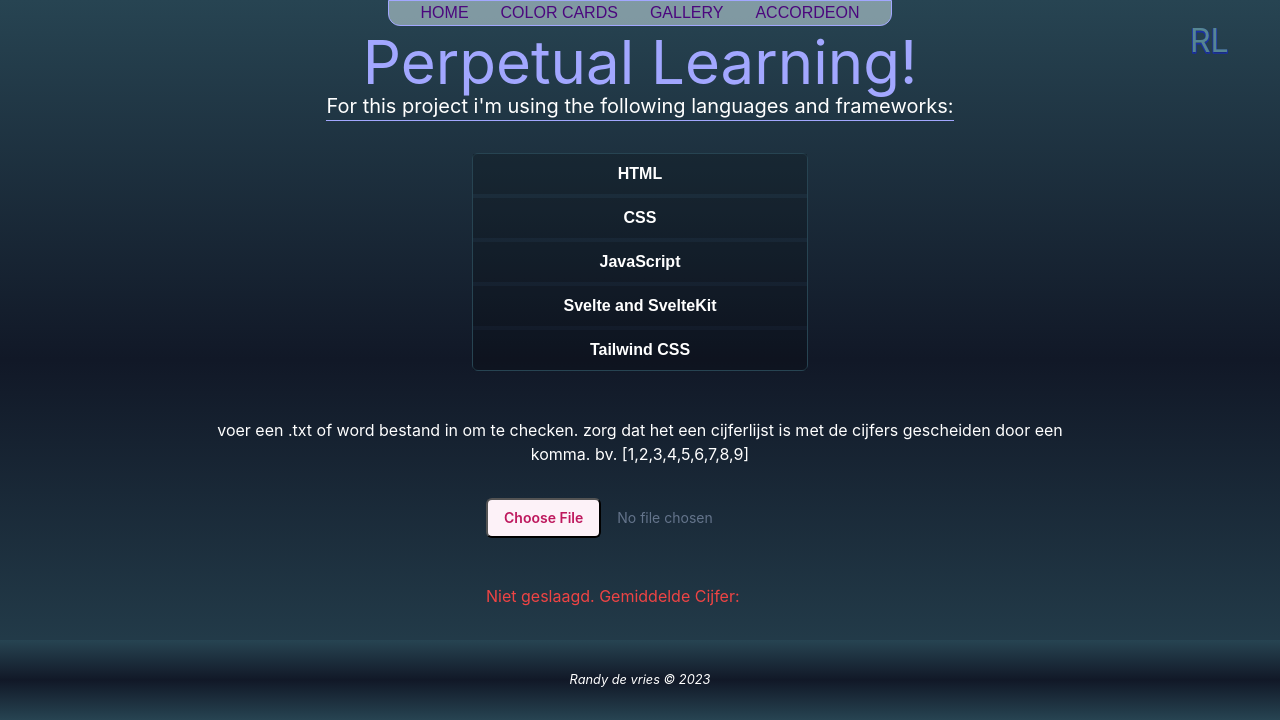
Repository: Freezler/svelte-app
Page: /links
An editor plug-in stored every save of this project. The page is shown before and after a run of saves, followed by the edit.
The browser window is 1280 px wide. The pictures show the whole page.
The project was rebuilt for these pictures with package versions that can differ from the ones it lists, and the page was loaded fresh each time. The framework's server and built-in components were replaced by stand-ins that run in the browser. Also part of the build but not shown: svelte.config.js, vite.config.js.

Above is the page before, as saved 2023-11-12 11:59:22.

### src/app.html
<!DOCTYPE html>
<html lang="en">
	<head>
		<meta charset="utf-8" />
		<link rel="icon" href="%sveltekit.assets%/favicon.png" />
		<meta name="viewport" content="width=device-width" />
		%sveltekit.head%
		<title>SvelteKitProject</title>
	</head>
	<body data-sveltekit-preload-data="hover">
		<div style="display: contents">%sveltekit.body%</div>
	</body>
</html>

### src/routes/+layout.svelte
<script>
  import '../app.css';
  import Navbar from '../components/Navbar.svelte';
  import Footer from '../components/Footer.svelte';
</script>

<html lang="en" class="select-none scroll-smooth">
  <head>
    <!-- Add any necessary head content here -->
  </head>
  <body class=" flex flex-col h-full overflow-scroll">
    <Navbar />
    <main>
      <slot />
    </main>
    <Footer />
  </body>
</html>

### src/routes/links/+page.svelte
<script>
	import { onDestroy, onMount } from 'svelte';
	onMount(() => console.log('Mounted Links page'));
	onDestroy(() => console.log('Unmounted Links page'));
	import CijferlijstInput from '../../components/CijferlijstInput.svelte';
	import Accordion from '../../components/Accordion.svelte';

</script>

<main
	class=" z-100 flex h-screen scroll-smooth justify-center items-center w-screen flex-col bg-gradient-to-b from-astral-900 via-gray-900 to-astral-900 overflow-scroll pb-24"
>
<div class="flex flex-col w-[100%] items-center justify-center font-sans h-screen ">
	<h1 class="animate-slow-slide-down text-3xl sm:text-5xl md:text-6xl xl:8xl text-purpleone-300  ">Perpetual Learning!</h1>
	<p class="animate-slow-slide-up text-xs sm:text-[16px] md:text-xl xl:2xl text-white border-b-[1px]  border-purpleone-300 text-purpleone600">For this project i'm using the following languages and frameworks:</p>
	<Accordion />
</div>
<div class="flex flex-col w-[100%] items-center justify-center"></div>
		<CijferlijstInput />
</main>

### src/app.css
@import 'tailwindcss/base';
@import 'tailwindcss/components';
@import 'tailwindcss/utilities';

/* Your custom CSS goes here */
body {
	scroll-behavior: smooth;
}

body * {
	-moz-scrollbar-width: none;
	scrollbar-width: none;
	-ms-overflow-style: none;
}

### src/components/Navbar.svelte
<script>
	let showNav = false;

	const toggleNav = () => {
		showNav = !showNav;
		const body = document.body;

		if (showNav) {
			body.classList.add('overflow-hidden');
		} else {
			body.classList.remove('overflow-hidden');
		}
	};
</script>

<nav
	class=" fixed bottom-0 z-40 flex h-20 w-[100%] select-none items-center justify-between text-center antialiased focus:select-none md:right-0 md:top-0 md:justify-center"
>
	<a href="/" class="ml-3 flex h-16 select-none items-center focus:select-none "
		><svg
			class="flex h-20 animate-pulse md:right-0 md:absolute"
			version="1.1"
			xmlns="http://www.w3.org/2000/svg"
			width="100"
			height="100"
			viewBox="0 0 100 100"
		>
			<!-- Outline -->
			<text
				class="select-none focus:select-none shadow-xl animate-slow-slide-down "
				x="0"
				y="66"
				font-size="40"
				fill="red3"
				stroke="#12ff"
				stroke-width="2"
				stroke-linejoin="round">RL</text
			>
			<!-- Text -->
			<text class="animate-slow-slide-in" x="0" y="65" font-size="40" fill="#87ccd9">RL</text>
		</svg></a
	>

	<!-- Hamburger voorS  mobile/kleine schermen -->
	<button
		class=" mr-8 select-none text-white focus:select-none active:select-none md:hidden"
		on:click={toggleNav}
	>
		<div class="relative flex h-6 w-6 items-center">
			<span
				class={' absolute block h-[2px] w-5 origin-center bg-blueone-50 transition-transform'}
				class:rotate-45={showNav}
				class:top-2={!showNav}
			></span>
			<span
				class={'z-2000 absolute block h-[2px] w-5 origin-center bg-white blur-none transition-transform'}
				class:-rotate-45={showNav}
				class:bottom-2={!showNav}
			></span>
			<span
				class={'z-2000 absolute block h-[2px] w-5 origin-center bg-white blur-none transition-transform'}
				class:-rotate-45={showNav}
				class:bottom-2={!showNav}
			></span>
		</div>
	</button>

	<div
		class={`absolute top-0 z-50	hidden  -[80px] select-none rounded-b-xl text-purplethree-950  font-display uppercase  items-center justify-center gap-8 px-8 border-[1px] border-purpleone-300   bg-astral-100 bg-opacity-50  bg-cover bg-center    md:flex ${
			showNav ? 'hidden' : 'block'
		}`}
	>
	    <a href="/" class="hover:text-cyan-200 hover:bg-slate-500 ">Home</a>
		<a href="/blogs" class="hover:text-cyan-200 hover:bg-slate-500  ">Color Cards</a>
		<a href="/about" class="hover:text-cyan-200 hover:bg-slate-500">Gallery</a>
		<a href="/links" class="hover:text-cyan-200 hover:bg-slate-500">Accordeon</a>
	</div>
</nav>

<!-- Conditional Mobile Menu Overlay -->
{#if showNav}
	<div
		class=" fixed inset-0 z-50 flex animate-slow-fade-in select-none items-center justify-center bg-gray-800 bg-opacity-40 backdrop-blur-[2px]"
		on:click={toggleNav}
		on:keypress={toggleNav}
		role="button"
		tabindex="0"
	>
		<div
			class="absulute flex select-none flex-col items-center text-2xl text-gray-200 opacity-100 transition-opacity duration-100 ease-in-out"
		>
			<a href="/" tabindex="0" class="text-cyan-200"
				><svg xmlns="http://www.w3.org/2000/svg" width="80" height="80" viewBox="0 0 80 80">
					<!-- Outline -->
					<text
						x="16"
						y="50"
						font-family="Inter"
						font-size="40"
						fill="cyan"
						stroke="#dfe2ff"
						stroke-width="6"
						stroke-linejoin="round">RL</text
					>
					<!-- Text -->
					<text x="16" y="50" font-family="Inter" font-size="40" fill="indigo">RL</text>
				</svg>
				<hr class="mb-6 w-full border-bluetwo-400" /></a
			>
			<a href="/projects" tabindex="0" class="text-[#b910377e]">under construction..</a>
			<a href="/blogs" tabindex="0" class="text-[#dfe2ff]">Color Cards</a>
			<a href="/about" tabindex="0" class="text-[#dfe2ff]">Gallery</a>
			<a href="/links" tabindex="0" class="text-[#dfe2ff]">Accordeon</a>
		</div>
	</div>
{/if}

### src/components/Footer.svelte
<script>
</script>

<div class="bg-opacity-70 bg-gradient-to-b from-astral-900 via-gray-900 to-astral-900 bg-cover bg-center bg-no-repeat bg-blone-300  fixed w-screen bottom-0 h-20 flex items-center p-0 m-0">
  <div class="flex w-full items-center justify-around">
	<!-- GitHub icon -->
	<small class="text-white italic">Randy de vries &copy; {new Date().getFullYear()}</small>
  </div>
</div>

### src/components/CijferlijstInput.svelte
<!-- FileInput.svelte -->
<script>
  import { onMount } from 'svelte';

  export let fileContent = '';
  export let isSuccess = false;
  let gemiddeldeCijfer = '';

  function handleFileInput(event) {
	const file = event.target.files[0];

	if (file) {
	  const reader = new FileReader();

	  reader.onload = function (e) {
		const content = e.target.result;
		if (content.trim() !== '') {
		  fileContent = content;
		  isSuccess = true;
		  gemiddeldeCijfer = calculateGemiddeldeCijfer(fileContent);
		}
	  };

	  reader.readAsText(file);
	}
  }

  function calculateGemiddeldeCijfer(content) {
	const cijfers = content.split('\n').filter(line => line.trim() !== '').map(Number);
	const totaal = cijfers.reduce((acc, curr) => acc + curr, 0);
	return totaal / cijfers.length;
  }
</script>
<div class="text-center text-white -translate-y-4 w-[70%]"><h3>voer een .txt of word bestand in om te checken.
	zorg dat het een cijferlijst is met de cijfers gescheiden door een komma. bv. [1,2,3,4,5,6,7,8,9]
</h3></div>
<div class="p-4 min-w-[340px]">
  <input

	type="file"
	accept=".txt, .doc, .docx"
	on:change={handleFileInput}
	class="block w-full text-sm text-slate-500 file:mr-4 file:py-2 file:px-4 file:rounded-md file:border-1 file:text-sm file:font-semibold file:bg-pink-50 file:text-pink-700 hover:file:bg-pink-100"
  />
  <textarea bind:value={fileContent} class="text-white h-[2rem] focus:outline-none resize-none w-full min-w-[fit-content] bg-transparent border-none select-none border-gray-300 rounded p-2"></textarea>

  {#if isSuccess}
	<h3 class="text-green-500 mt-2 mx-auto">Van harte gefeliciteerd, je bent geslaagd! Gemiddelde Cijfer: {gemiddeldeCijfer}</h3>
  {:else}
	<h3 class="text-red-500 mt-2 mx-auto">Niet geslaagd. Gemiddelde Cijfer: {gemiddeldeCijfer}</h3>
  {/if}
</div>

### src/components/Accordion.svelte
<script>
	let panels = [
		{
			title: 'HTML',
			content:
				'HTML is the standard markup language for documents designed to be displayed in a web browser.'
		},
		{ title: 'CSS', content: 'CSS is used to define styles for your web pages' },
		{
			title: 'JavaScript',
			content: 'JavaScript is used to add interactivity to your web pages'
		},
		{
			title: 'Svelte and SvelteKit',
			content: 'Svelte and SvelteKit are both JavaScript frameworks'
		},
		{ title: 'Tailwind CSS', content: 'Tailwind CSS is a utility-first CSS framework' }
	];

	let expandedPanel = null;

	function togglePanel(panel) {
		if (expandedPanel === panel) {
			expandedPanel = null;
		} else {
			expandedPanel = panel;
		}
	}
</script>

<div class="bg-transparent animate-slow-slide-up z-60 wrapper max-w-[400px] mx-auto mt-[0] w-[80%] text-center rounded-sm p-8">
	<div class="flex flex-col space-y-1  rounded-md border-[1px] border-astral-900">
		{#each panels as panel}
			<!-- svelte-ignore a11y-no-static-element-interactions -->
			<div
				class="relative isolate animate-fast-fade-in overflow-hidden"
				on:click={() => togglePanel(panel)}
				on:keydown={() => togglePanel(panel)}
				aria-roledescription="accordion"
			>
				<div class="" aria-expanded={panel === expandedPanel}>
					<!-- svelte-ignore empty-block -->
					{#if panel === expandedPanel}{/if}
					<div
						class="relative isolate grid place-items-center bg-[rgba(0,0,0,0.2)] p-2 font-display font-bold text-white"
					>
						{panel.title}
					</div>
				</div>
				{#if expandedPanel === panel}
					<div
						class="max-w-[100%] z-20 animate-slow-fade-in bg-astral-900 bg-opacity-70 px-6 py-0"
					>
						<svg
							xmlns="http://www.w3.org/2000/svg"
							class="icon icon-tabler icon-tabler-chevron-up mx-auto animate-pulse"
							width="24"
							height="24"
							viewBox="0 0 24 24"
							stroke-width="1.5"
							stroke="white"
							fill="rgba(39, 68, 82, 100%)"
							stroke-linecap="round"
							stroke-linejoin="round"
						>
							<path stroke="none" d="M0 0h24v24H0z" fill="transparent" />
							<polyline points="6 15 12 9 18 15" />
						</svg>
						<p class="text-white pb-3">
							{panel.content}
						</p>
					</div>
				{/if}
			</div>
		{/each}
	</div>
</div>

### tailwind.config.js
/** @type {import('tailwindcss').Config} */
const plugin = require('tailwindcss/plugin');
export default {
	content: ['./src/**/*.{html,js,svelte,ts}'],
	theme: {
		extend: {

			animation: {
				btnPulse: ' btnPulse 1s infinite',
				'spin-slow': 'spin 3s linear infinite',
				'spin-fast': 'spin 1s linear infinite',
				'slow-fade-in': 'fade-in 0.7s ease-in-out',
				'fast-fade-in': 'fade-in 0.5s ease-in-out',
				'slow-fade-out': 'fade-out 0.5s ease-in-out',
				'fast-fade-out': 'fade-out 0.7s ease-in-out',
				'slow-slide-in': 'slide-in 0.6s ease-in-out',
				'fast-slide-in': 'slide-in 3s ease-in-out',
				'slow-slide-up': 'slide-up 0.6s cubic-bezier(0.215, 0.61, 0.355, 1)',
				'slow-slide-out': 'slide-out 0.6s ease-in-out',
				'fast-slide-out': 'slide-out 0.3s ease-in-out',
				'ani-translate-y': 'translate-y 5s ease-in-out',
				'fast-slide-up': 'slide-up 0.5s cubic-bezier(0.215, 0.61, 0.355, 1)',
				'slow-slide-down': 'slide-down 0.6s cubic-bezier(0.215, 0.61, 0.355, 1)',
				'burger-smooth': 'burger-smooth 2s ease-in-out',
			    'wave': 'wave .9s ease-in-out',
			},
			keyframes: {
				'fade-in': {
					'0%': { opacity: '0' },
					'100%': { opacity: '1' }
				},
				'fade-out': {
					'0%': { opacity: '1' },
					'100%': { opacity: '0' }
				},
				'slide-in': {
					'0%': { transform: 'translateX(-240px)' },
					'100%': { transform: 'translateX(0)' }
				},
				'slide-out': {
					'0%': { transform: 'translateX(0)' },
					'100%': { transform: 'translateX(-100%)' }
				},
				'translate-y': {
					'0%': { transform: 'translateY(0)' },
					'100%': { transform: 'translateY(-100%)' }
				},
				wave: {
					'0%': { transform: 'rotate(0deg)' },
					'25%': { transform: 'rotate(45deg)' },
					'50%': { transform: 'rotate(35deg)' },
					'100%': { transform: 'rotate-45deg)' }
				},
				'slide-up': {
					'0%': { transform: 'translateY(240px)' },
					'100%': { transform: 'translateY(0)' }
				},
				'slide-down': {
					'0%': { transform: 'translateY(-400px)' },
					'100%': { transform: 'translateY(0px)' }
				},
				'btnPulse': {
					'0%': { transform: 'scale(1))' },
					'50%': { transform: 'scale(0.9)' },
					'100%': { transform: 'scale(1)' }
				}
			},

			fontFamily: {
				sans: ['Inter', 'Arial', 'Helvetica', 'sans-serif'],
				serif: ['Georgia', 'serif'],
				mono: ['Menlo', 'Monaco', 'Courier New', 'monospace'],
				display: ['Oswald', 'sans-serif'],
				handwriting: ['Pacifico', 'cursive']
			},
			colors: {
				blueone: {
					50: '#e6f5ff',
					100: '#d2ecff',
					200: '#aedaff',
					300: '#7dbfff',
					400: '#4b94ff',
					500: '#2268ff',
					600: '#003bff',
					700: '#003fff',
					800: '#0035d7',
					900: '#0830a7',
					950: '#072383'
				},
				bluetwo: {
					50: '#f3f6fb',
					100: '#e4e9f5',
					200: '#d0daed',
					300: '#afc2e1',
					400: '#89a2d1',
					500: '#6c85c5',
					600: '#596db7',
					700: '#4e5da7',
					800: '#454e8a',
					900: '#3b436d',
					950: '#272b44'
				},
				bluethree: {
					50: '#f2f6fc',
					100: '#e3ebf6',
					200: '#cdddf0',
					300: '#aac6e6',
					400: '#81a8d9',
					500: '#638cce',
					600: '#4f73c1',
					700: '#4561b0',
					800: '#3d5190',
					900: '#2c395f',
					950: '#242c47'
				},
				astral: {
					50: '#f0fafb',
					100: '#d9f0f4',
					200: '#b8e2e9',
					300: '#87ccd9',
					400: '#4fadc1',
					500: '#328ea3',
					600: '#2d768d',
					700: '#2b6173',
					800: '#2a5160',
					900: '#274452',
					950: '#152c37'
				},
				greenone: {
					50: '#f5ffe5',
					100: '#e6ffc7',
					200: '#cdff96',
					300: '#9ffc41',
					400: '#8bf328',
					500: '#6cd909',
					600: '#50ae02',
					700: '#3e8407',
					800: '#34680c',
					900: '#2c580f',
					950: '#143102'
				},
				greentwo: {
					50: '#f1fcf5',
					100: '#dff9e9',
					200: '#c0f2d4',
					300: '#8fe6b2',
					400: '#56d289',
					500: '#30b768',
					600: '#26aa5d',
					700: '#1e7743',
					800: '#1d5e39',
					900: '#194e31',
					950: '#082b19'
				},
				greenthree: {
					50: '#f2f7f4',
					100: '#dfece3',
					200: '#c1d9ca',
					300: '#98bda8',
					400: '#6b9c82',
					500: '#518a6e',
					600: '#37644f',
					700: '#2c5040',
					800: '#254035',
					900: '#1f352b',
					950: '#101e18'
				},
				roseone: {
					50: '#fef1fa',
					100: '#fde6f7',
					200: '#feccf1',
					300: '#fea3e4',
					400: '#fc6ad0',
					500: '#f74bbf',
					600: '#e61c9a',
					700: '#c90d7d',
					800: '#a60e66',
					900: '#8a1158',
					950: '#550232'
				},
				purpleone: {
					50: '#edf0ff',
					100: '#dfe2ff',
					200: '#c5caff',
					300: '#a2a7ff',
					400: '#7f7cfd',
					500: '#6d5ef6',
					600: '#5e40eb',
					700: '#5d41d3',
					800: '#412ca7',
					900: '#382b84',
					950: '#22194d'
				},
				purpletwo: {
					50: '#fcf3ff',
					100: '#fae7ff',
					200: '#f3ceff',
					300: '#eea7ff',
					400: '#e473ff',
					500: '#d12ef6',
					600: '#bc1edb',
					700: '#9f15b6',
					800: '#841494',
					900: '#6f1679',
					950: '#490151'
				},
				purplethree: {
					50: '#faf5ff',
					100: '#f3e8ff',
					200: '#ead4ff',
					300: '#d9b3ff',
					400: '#c282fe',
					500: '#aa53f9',
					600: '#9530ed',
					700: '#801fd1',
					800: '#6d1faa',
					900: '#591a89',
					950: '#4b077e'
				},
				rosetwo: {
					50: '#fef1f8',
					100: '#fee5f3',
					200: '#ffcae8',
					300: '#ff9fd4',
					400: '#ff64b5',
					500: '#fe1f8a',
					600: '#ef1372',
					700: '#d00657',
					800: '#ac0848',
					900: '#8f0c3f',
					950: '#580021'
				},
				redone: {
					50: '#fff0f0',
					100: '#ffdede',
					200: '#ffc2c2',
					300: '#ff9898',
					400: '#ff5d5d',
					500: '#ff2b2b',
					600: '#f70808',
					700: '#d00505',
					800: '#ac0808',
					900: '#8e0e0e',
					950: '#4e0101'
				},
				redtwo: {
					50: '#fcf4f4',
					100: '#fae6e6',
					200: '#f7d1d1',
					300: '#f0b1b1',
					400: '#e58484',
					500: '#d75c5c',
					600: '#be3c3c',
					700: '#a33232',
					800: '#872d2d',
					900: '#712b2b',
					950: '#3d1212'
				},
				greyone: {
					50: '#f6f6f6',
					100: '#e7e7e7',
					200: '#d1d1d1',
					300: '#b0b0b0',
					400: '#888888',
					500: '#6d6d6d',
					600: '#5d5d5d',
					700: '#4f4f4f',
					800: '#454545',
					900: '#3d3d3d',
					950: '#050505'
				},
				greytwo: {
					50: '#f4f5fa',
					100: '#e7e9f2',
					200: '#d4d7e9',
					300: '#b6bcda',
					400: '#939bc7',
					500: '#797fb8',
					600: '#6769a9',
					700: '#5c5b9a',
					800: '#504e7f',
					900: '#444266',
					950: '#232232'
				}
			}
		},
		screens: {
			// default is oudere schermen erg klein!  -->
			xxxs: '360px', // modernere kleine schermen
			xxs: '480px', // Extra extra small screen size
			xs: '640px', // Extra small screen size
			sm: '768px', // Small screen size
			md: '1024px', // Medium screen size
			lg: '1280px', // Large screen size
			xl: '1440px', // Extra large screen size
			xxl: '1920px', // Extra extra large screen size
			xxxl: '3840px' // 4K screen size (3840px)
			// Je kunt meer schermformaten toevoegen indien nodig
		},

		fonts: {
			sans: ['Inter', 'Arial', 'Helvetica', 'sans-serif'],
			serif: ['Georgia', 'serif'],
			mono: ['Bebas Neue','Monaco', 'Courier New', 'monospace'],
			display: ['San-francisco', 'sans-serif'],
			handwriting: ['Pacifico', 'cursive']
		},
		textShadow: {
			sm: '0 1px 2px var(--tw-shadow-color)',
			DEFAULT: '0 2px 4px var(--tw-shadow-color)',
			lg: '0 8px 16px var(--tw-shadow-color)'
		}
	},
	plugins: [
		plugin(function ({ matchUtilities, theme }) {
			matchUtilities(
				{
					'text-shadow': (value) => ({
						textShadow: value
					})
				},
				{ values: theme('textShadow') }
			);
		})
	]
};

After the next 2 saves:
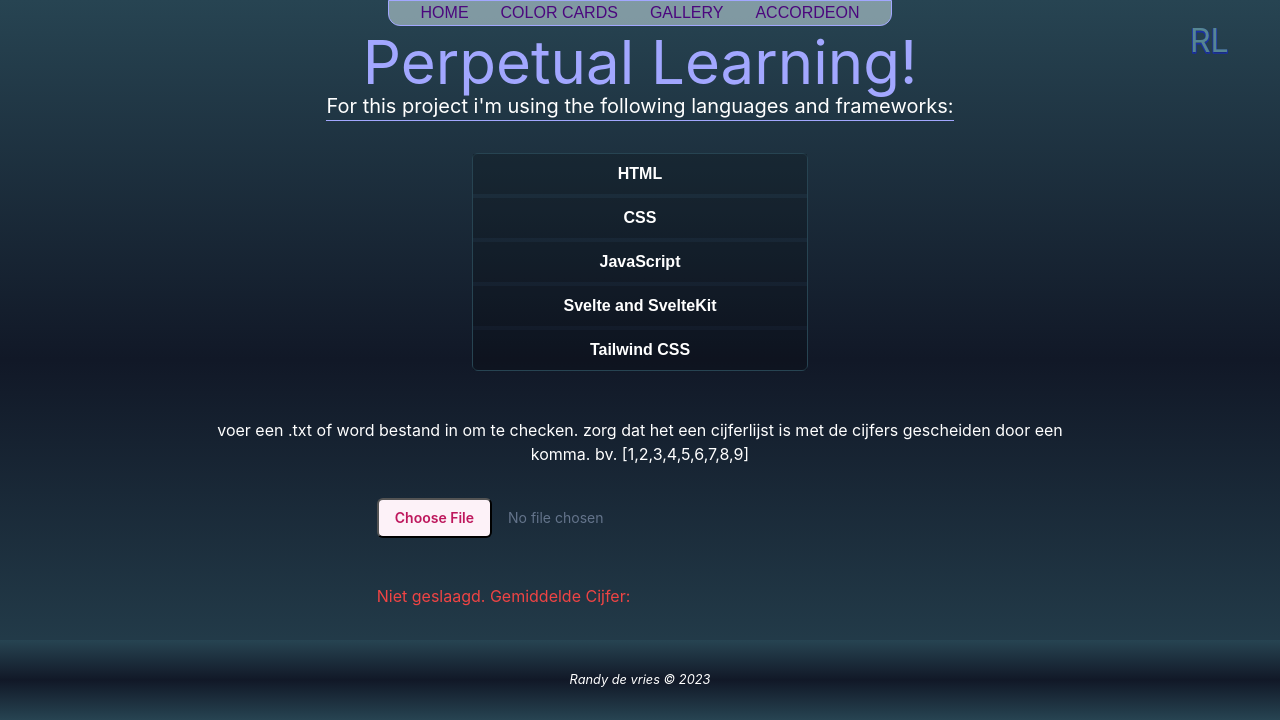
The 2 saves are shown as one change because they came seconds apart.
The last was saved 44 s later.
--- a/src/components/CijferlijstInput.svelte
+++ b/src/components/CijferlijstInput.svelte
@@ -40,7 +40,7 @@
 	type="file"
 	accept=".txt, .doc, .docx"
 	on:change={handleFileInput}
-	class="block w-full text-sm text-slate-500 file:mr-4 file:py-2 file:px-4 file:rounded-md file:border-1 file:text-sm file:font-semibold file:bg-pink-50 file:text-pink-700 hover:file:bg-pink-100"
+	class="placeholder:text-slate-400 focus:block w-full text-sm text-slate-500 file:mr-4 file:py-2 file:px-4 file:rounded-md file:border-1 file:text-sm file:font-semibold file:bg-pink-50 file:text-pink-700 hover:file:bg-pink-100"
   />
   <textarea bind:value={fileContent} class="text-white h-[2rem] focus:outline-none resize-none w-full min-w-[fit-content] bg-transparent border-none select-none border-gray-300 rounded p-2"></textarea>
 

After the 4 saves that followed:
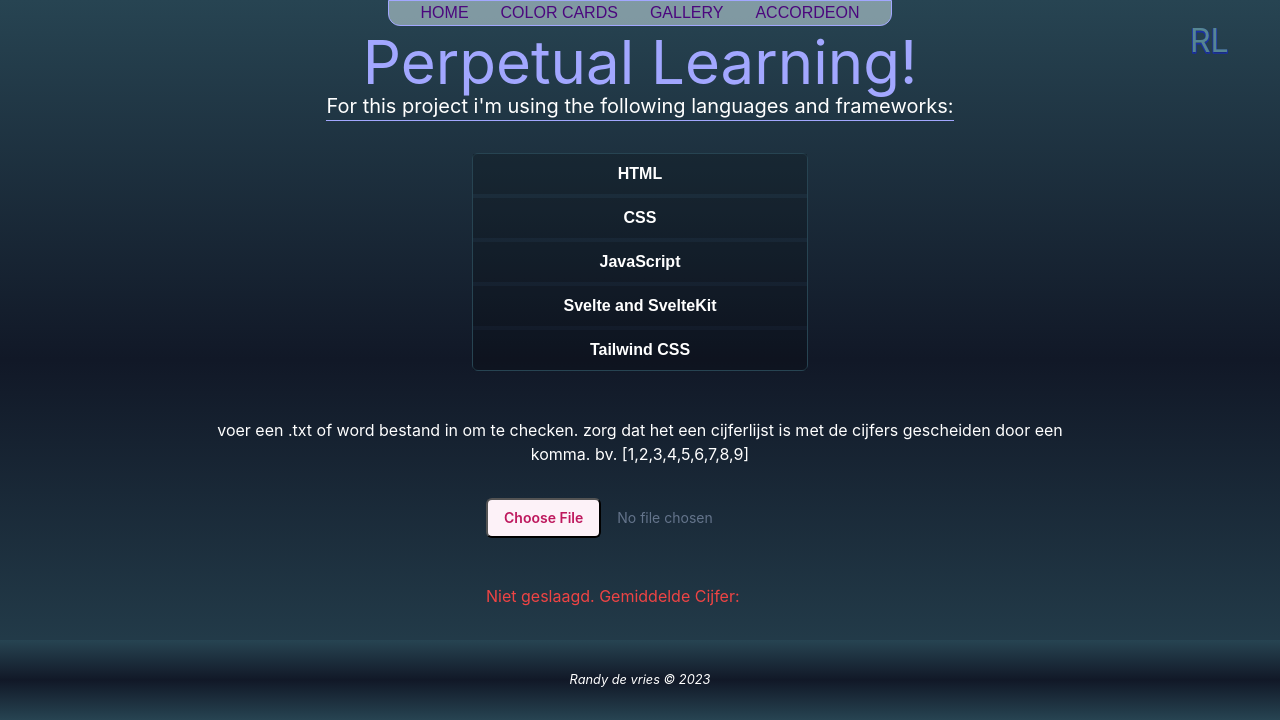
The 4 saves are shown as one change because they came seconds apart.
The last was saved 21 s later.
--- a/src/components/CijferlijstInput.svelte
+++ b/src/components/CijferlijstInput.svelte
@@ -40,7 +40,7 @@
 	type="file"
 	accept=".txt, .doc, .docx"
 	on:change={handleFileInput}
-	class="placeholder:text-slate-400 focus:block w-full text-sm text-slate-500 file:mr-4 file:py-2 file:px-4 file:rounded-md file:border-1 file:text-sm file:font-semibold file:bg-pink-50 file:text-pink-700 hover:file:bg-pink-100"
+	class="placeholder:text-slate-400 block w-full text-sm text-slate-500 file:mr-4 file:py-2 file:px-4 file:rounded-md file:border-1 file:text-sm file:font-semibold file:bg-pink-50 file:text-pink-700 hover:file:bg-pink-100"
   />
   <textarea bind:value={fileContent} class="text-white h-[2rem] focus:outline-none resize-none w-full min-w-[fit-content] bg-transparent border-none select-none border-gray-300 rounded p-2"></textarea>
 
